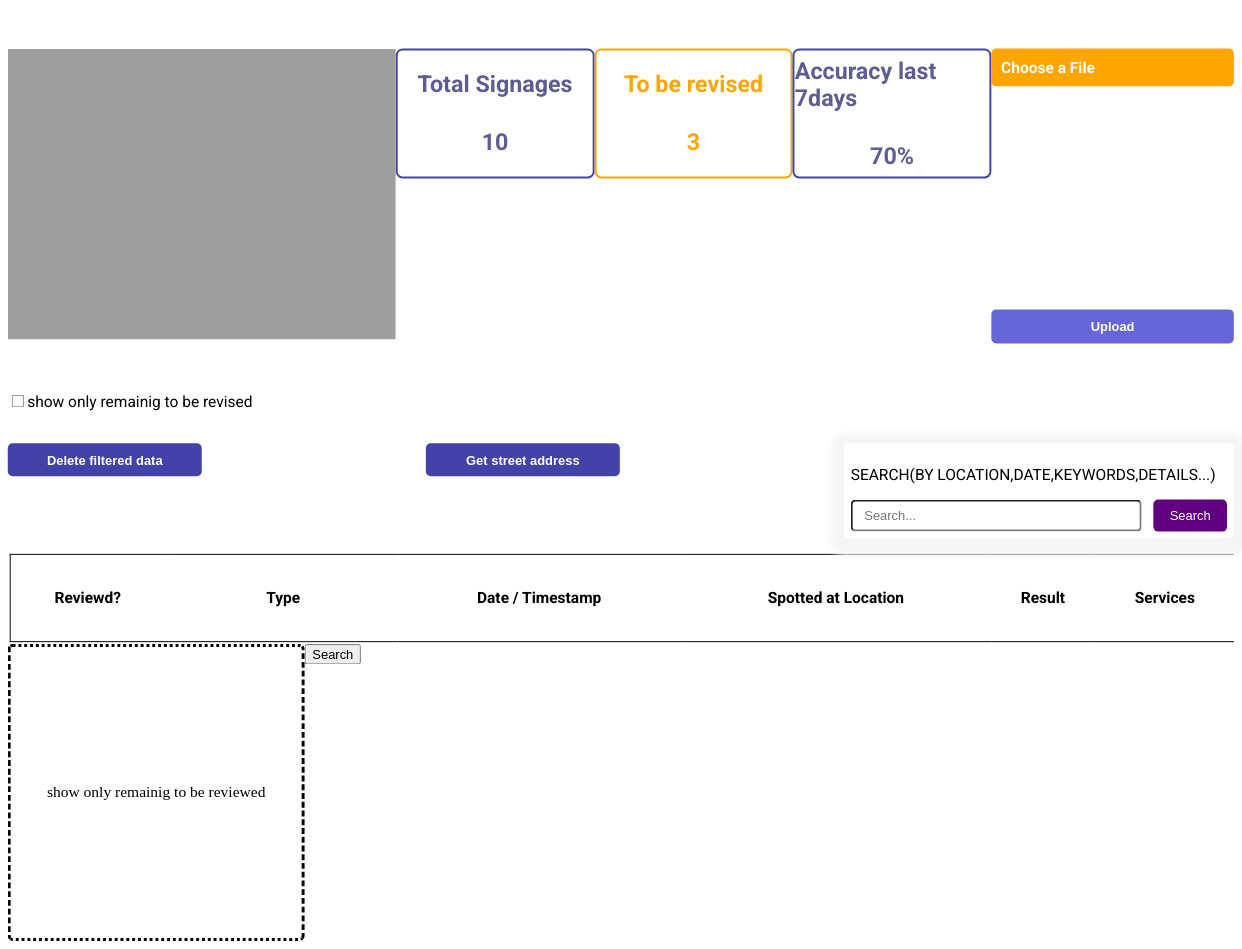
Repository: kalyani179/Kalyani.Builder
Page: /
An editor plug-in stored every save of this project. The page is shown before and after a run of saves, followed by the edit.
The browser window is 1280 px wide. The pictures show the whole page, at 97% of full size.
Pictures or frames that could not be fetched are drawn as grey boxes. The page's requests for data from a server got no answer. Some web fonts or font styles are not loaded; a fallback is used. The project was rebuilt for these pictures with package versions that can differ from the ones it lists, and the page was loaded fresh each time. No one was signed in, and anything a server would have sent is missing.

Above is the page before, as saved 2024-01-10 13:52:07.

### src/App.js

import {BrowserRouter,Routes,Route} from "react-router-dom";
import Home from "./components/Home";

function App() {
  return (
    <div>
      <BrowserRouter>
        <Routes>
          <Route path="/" element={<Home/>} />

        </Routes>
      </BrowserRouter>
    </div>
  );
}

export default App;

### src/components/Home.js
import React, { useState, useEffect } from "react";
import "./Home.css";
import {useNavigate} from "react-router-dom";
import { ColorRing } from "react-loader-spinner";
import toast, { Toaster } from "react-hot-toast";
import axios from "axios";
import { AiFillDelete } from "react-icons/ai";
// import { FaEdit } from "react-icons/fa";
const Home = () => {


  const navigate = useNavigate();
  const [results, setResults] = useState([]);

  const [editData, setEditData] = useState(false);
  const [selectedData, setSelectedData] = useState("");

  const [Result, setResult] = useState("");
  const [Services, setServices] = useState("");
  const [Type, setType] = useState("");
  const [imageUrl, setImageUrl] = useState("");


  const [image, setImage] = useState(null);
  // const [video, setVideo] = useState(null);
  const [loading, setLoading] = useState(false);

  const uploadFile = async (type) => {
    const data = new FormData();
    data.append("file", image);
    data.append("upload_preset", type === "image" ? "images" : "videos");
    try {
      let cloudName = "dscmtg4tx";
      let resourceType = type === "image" ? "image" : "video";
      let api = `https://api.cloudinary.com/v1_1/${cloudName}/${resourceType}/upload`;

      const res = await axios.post(api, data);
      // console.log(res);
      const { secure_url } = res.data;
      // console.log(secure_url);
      return secure_url;
    } catch (error) {
      console.error(error);
    }
  };

  const handleSubmit = async (e) => {
    e.preventDefault();
    try {
      setLoading(true);
      //upload image
      const imageUrl = await uploadFile("image");

      //upload video
      // const videoUrl = await uploadFile("video");

      //sending backend api request
      await axios.post("http://localhost:5000/api/videos", { imageUrl });

      //reset states
      setImage(null);
      // setVideo(null);

      console.log("File uploaded successfully");

      setLoading(false);
      toast.success("uploaded successfully");
      navigate("/");
    } catch (error) {
      console.log(error);
    }
  };


  useEffect(() => {
    // Fetching data from the server
    axios
      .get("http://localhost:5000/api/videos")
      .then((response) => {
        setResults(response.data);
      })
      .catch((error) => {
        console.error("Error fetching data: ", error);
      });
  }, [results]);

  const formatDate = (timestamp) => {
    const options = {
      month: "long",
      day: "numeric",
      year: "numeric",
      hour: "numeric",
      minute: "numeric",
      hour12: true,
    };

    return new Date(timestamp).toLocaleDateString(undefined, options);
  };

  const deleteData = async (id) => {
    const response = await fetch(`http://localhost:5000/api/videos/${id}`, {
      method: "DELETE",
    });
    if (response.status === 200) {
      toast.success("Deleted Successfully");
    } else {
      toast.error("Something went wrong");
    }
  };

  const updateData = async (id) => {
    const response = await fetch(`http://localhost:5000/api/videos/${id}`, {
      method: "PUT",
      headers: {
        "Content-Type": "application/json",
      },
      body: JSON.stringify({ imageUrl, Services, Type, Result }),
    });

    if (response.status === 200) {
      toast.success("Data updated Successfully");
    } else {
      toast.error("Something went wrong");
    }
  };

  return (
    <>
      {/* toaster */}
      <Toaster position="top-center" reverseOrder={false} />
      {/* toaster */}

      <div className="input-file">
        <div>
          <img src="https://i.ibb.co/tmwqkpj/logo.png" alt="website-logo"/>
        </div>
        <div className="card1">
          <h1>Total Signages</h1>
          <h1>10</h1>
        </div>

        <div className="card2">
          <h1>To be revised</h1>
          <h1>3</h1>
        </div>

        <div className="card3">
          <h1>Accuracy last 7days</h1>
          <h1>70%</h1>
        </div>


        <form className="form" onSubmit={handleSubmit}>

         <div>
          <input
            type="file"
            id="fileInput"
            accept="image/*"
            onChange={(e) => setImage((prev) => e.target.files[0])}
          />
          <label for="fileInput" class="custom-file-label">
            Choose a File
          </label>
          </div>


          <div>
          <button className="upload-button" type="submit">
            Upload
          </button>
          </div>
          {loading && (
            <ColorRing
              visible={true}
              height="30"
              width="30"
              ariaLabel="color-ring-loading"
              wrapperStyle={{}}
              wrapperClass="color-ring-wrapper"
              colors={["#e15b64", "#f47e60", "#f8b26a", "#abbd81", "#849b87"]}
            />
          )}




        </form>



      </div>


    <div className="bg2">
     <div>
      <input id="checkbox" type="checkbox"/>
      <label htmlFor="checkbox">show only remainig to be revised</label>
     </div>

     <div className="flexDelete">
      <div>
        <button className="delete">Delete filtered data</button>
      </div>
      <div>
        <button className="getStarted">Get street address</button>
      </div>


      <div className="cardBg-white">
        <p>SEARCH(BY LOCATION,DATE,KEYWORDS,DETAILS...)</p>
      <div>
        <input className="searchBar" type="search" placeholder="Search..." id="search"/>
        <label htmlfor="search">
          <button className="search" type="button">Search</button>
        </label>
      </div>
      </div>
     </div>
     </div>





      <div className="table-data-container">
        <table className="tablestyle">
          <thead>
            <tr>
              <th>Reviewd?</th>
              <th></th>
              <th className="th1">Type</th>
              <th>Date / Timestamp</th>
              <th>Spotted at Location</th>
              <th>Result</th>
              <th>Services</th>
            </tr>
          </thead>
          <tbody>
            {results.map((result) => (
              <tr key={result.id}>
                <td>
                  <AiFillDelete
                    className="delete text-secondary"
                    style={{ cursor: "pointer", marginLeft: "8px" }}
                    onClick={() => deleteData(result._id)}
                  ></AiFillDelete>

                  {/* <FaEdit
                    onClick={() => {
                      setEditData((prevEditData)=> !prevEditData);
                      setSelectedData(result._id);
                    }}
                    className={`${
                      selectedData === result._id && editData
                        ? "text-red-400"
                        : "text-gray-400"
                    }
                  text-gray-400 hover:text-red-400 cursor-pointer
                  scale-110 transition-all`}
                    style={{ cursor: "pointer" }}
                  ></FaEdit> */}
                </td>

                <td>
                  <img
                    className="table-data-image"
                    src={result.imageUrl} // Assuming your API response has an imageUrl property
                    alt=""
                    contentEditable={editData}
                    onInput={(e) => setImageUrl(e.currentTarget.innerText)}
                  />
                </td>
                <td
                  contentEditable={editData}
                  onInput={(e) => setType(e.currentTarget.innerText)}
                >
                  {result.Type}
                </td>
                <td>{formatDate(result.createdAt)}</td>
                <td></td>
                <td
                  contentEditable={editData}
                  onInput={(e) => setServices(e.currentTarget.innerText)}
                >
                  {result.Result}
                </td>
                <td
                  contentEditable={editData}
                  onInput={(e) => setResult(e.currentTarget.innerText)}
                >
                  {result.Services}
                </td>

                {/* <button
                  className={`${
                    selectedData === result._id && editData ? "block" : "hidden"
                  }
                     bg-purple-400 hover:bg-purple-600
                     px-3 py-1 my-1 rounded-md font-bold text-white`}
                   onClick={() => {
                    updateData(result._id);
                    setEditData(false);

                   }}
                >
                  Save
                </button> */}
              </tr>
            ))}
          </tbody>
        </table>

        <div className="bottom-flex">
        <div className="bottom-box">
          <div>
            <inpt type="checkbox"/>
            <p>show only remainig to be reviewed</p>
          </div>



        </div>


        <div>
          <button type="button">Search</button>
          </div>

       </div>

      </div>
    </>
  );
};

export default Home;

### src/components/Home.css
@import url("https://fonts.googleapis.com/css2?family=Bree+Serif&family=Caveat:wght@400;700&family=Lobster&family=Monoton&family=Open+Sans:ital,wght@0,400;0,700;1,400;1,700&family=Playfair+Display+SC:ital,wght@0,400;0,700;1,700&family=Playfair+Display:ital,wght@0,400;0,700;1,700&family=Roboto:ital,wght@0,400;0,700;1,400;1,700&family=Source+Sans+Pro:ital,wght@0,400;0,700;1,700&family=Work+Sans:ital,wght@0,400;0,700;1,700&display=swap");

.tablestyle {
  padding: 0px;
  text-align: center;
  border-color: black;
  margin: 2px;
  font-family: "Roboto";
}

table {
  border-collapse: collapse;
  width: 100%;
}

tr {
  border: 1px solid #000;
  padding: 5px;
}

td {
  padding: 15px;
  margin: 5px;
}

.button {
  background-color: orange;
  margin-bottom: 6px;
  border: 0px;
  border-radius: 10px;
  color: white;
}

.button-edit {
  background-color: #600080;
  border: 0px;
  border-radius: 15px;
  color: white;
}

.button-yes {
  background-color: green;
  border: 0px;
  border-radius: 15px;
  color: white;
  margin-bottom: 6px;
}

.th1 {
  padding: 35px;
}

.table-data-image {
  width: 150px;
}

.tablestyle td {
  overflow: auto;
}

.table-data-container {
  max-width: 100%;
  overflow: hidden;
}

.input-file {
  display: flex;
  justify-content: space-between;

  margin-bottom: 50px;
  margin-top: 50px;
  font-family: Roboto;
}

input[type="file"] {
  display: none;
}

/* Style the custom button to resemble a file input */
.custom-file-input {
  display: inline-block;
  padding: 10px 15px;
  font-size: 16px;
  font-weight: bold;
  color: #fff;
  background-color: #3498db;
  border: 1px solid #2980b9;
  border-radius: 5px;
  cursor: pointer;
}

/* Style the label to give it a button appearance */
.custom-file-label {
  display: inline-block;
  padding:10px;
  font-size: 16px;
  font-weight: bold;
  color: #fff;
  background-color:orange;
  width:230px;
  border-radius: 5px;
  cursor: pointer;
}

/* Change label color when the file is selected */
input[type="file"]:focus + .custom-file-label {
  border-color: #2c3e50;
}

.upload-button{

    border: none;
    background-color:rgb(102, 102, 216);
    color: white;
    font-weight: bold;
    padding: 10px;
    cursor: pointer;
    width:250px;
    border-radius:5px;
}

/* start your css from here */

.form{
  display:flex;
  flex-direction: column;
  justify-content: space-between;
}

.card1{
  border:2px solid rgb(66, 66, 169);
  display: flex;
  flex-direction: column;
  justify-content: center;
  align-items: center;
  width:240px;
  height:130px;
  border-radius:7px;
  font-size:12px;
  color:rgb(93, 93, 148);
}
.card2{
  border:2px solid orange;
  display: flex;
  flex-direction: column;
  justify-content: center;
  align-items: center;
  width:240px;
  height:130px;
  border-radius:7px;
  font-size:12px;
  color:orange;
}
.card3{
  border:2px solid rgb(66, 66, 169);
  display: flex;
  flex-direction: column;
  justify-content: center;
  align-items: center;
  width:240px;
  height:130px;
  border-radius:7px;
  font-size:12px;
  color:rgb(93, 93, 148);
}

.file-input{
  width:300px;
}

.flexDelete{
  display: flex;
  justify-content: space-between;
  margin-top: 33px;

}

.delete{
  background-color:rgb(66, 66, 169);
  color:white;
  font-weight: 600;
  width:200px;
  height:34px;
  border-radius:5px;
  border:0px;
}
.getStarted{
  background-color:rgb(66, 66, 169);
  color:white;
  font-weight: 600;
  width:200px;
  height:34px;
  border-radius:5px;
  border:0px;

}

.search{
  background-color:#600080;
  width:76px;
  height:33px;
  color:#ffffff;
  text-align:center;
  border-radius:5px;
  border:0px;
}
.searchBar{
  width:300px;
  height:33px;
  padding-left:12px;
  margin-right: 12px;
  border-radius:5px;

}
.bg2{
  font-family: Roboto;
  margin-top:12px;
  margin-bottom: 14px;
}

.cardBg-white{
  box-shadow: 0px 4px 8px 14px whitesmoke;
  border-radius:5px;
  padding:7px;
}

.bottom-box{
  border-style: dotted dashed;

  border-radius:5px;
  display: flex;
  flex-direction: column;
  justify-content: center;
  align-items:center;
  width: 300px;
  height: 300px;
}

.bottom-search{
  display: flex;
  flex-direction: row;
  justify-content:flex-end;
}

.bottom-flex{
  display:flex;
  flex-direction: row;
}

Loaded but not shown: public/index.html (common file); src/index.js (common file)

After the next 2 saves:
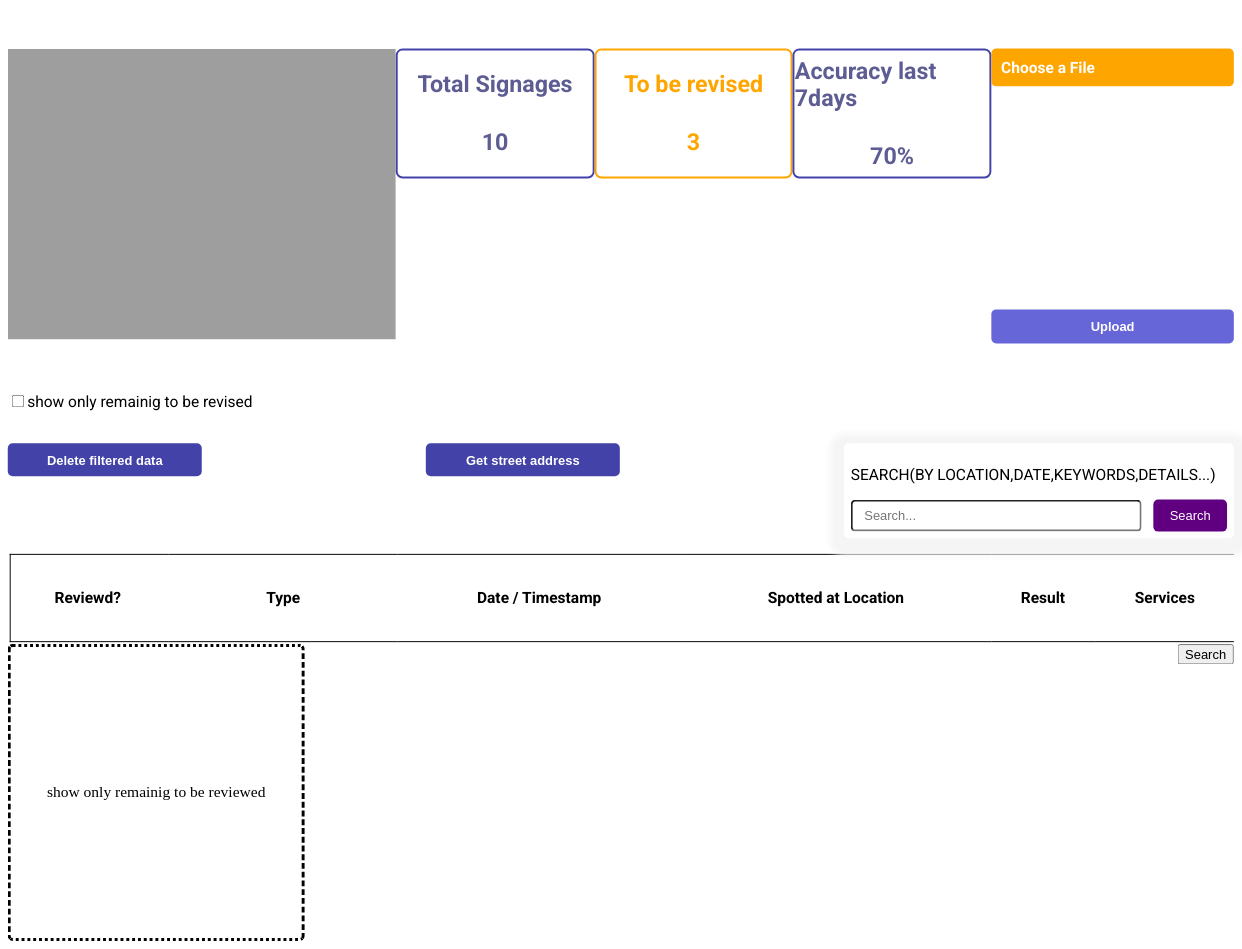
The 2 saves are shown as one change because they came seconds apart.
The last was saved 8 s later.
--- a/src/components/Home.css
+++ b/src/components/Home.css
@@ -245,4 +245,5 @@ input[type="file"]:focus + .custom-file-label {
 .bottom-flex{
   display:flex;
   flex-direction: row;
-}
+  justify-content: space-between;
+}
